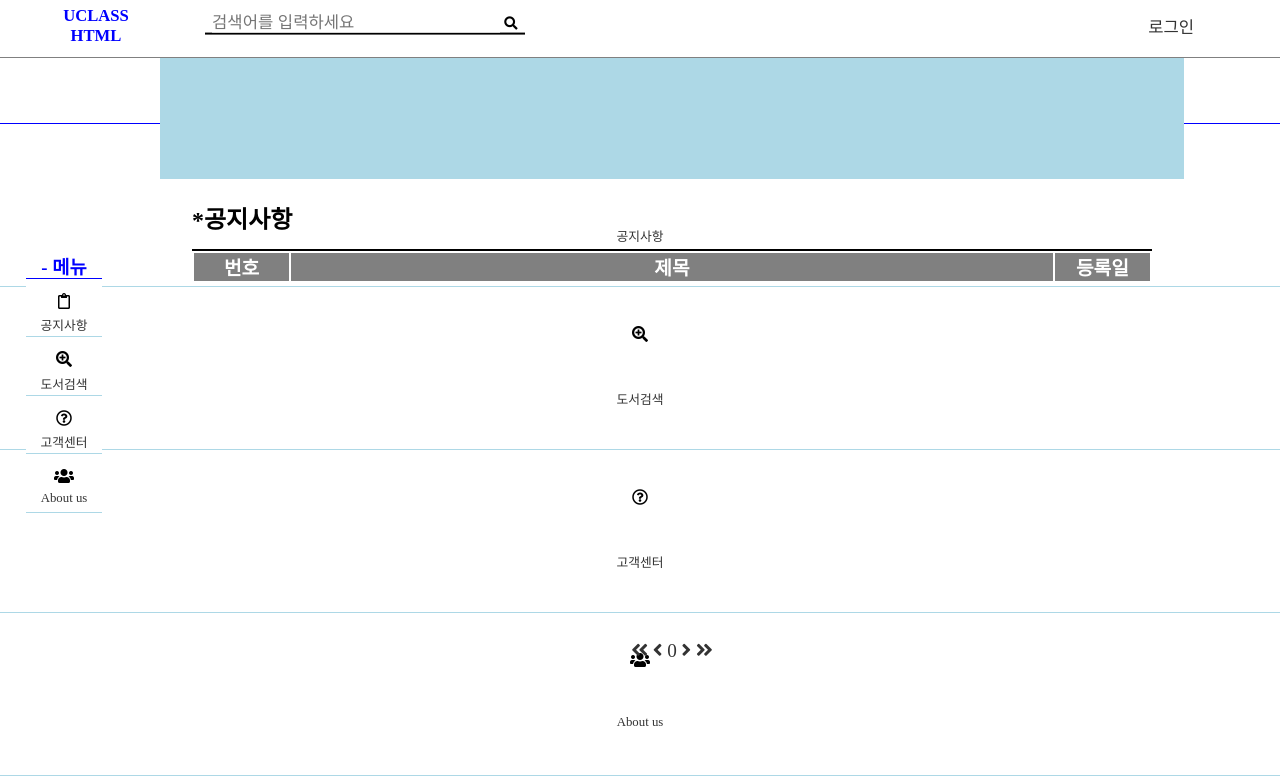
Repository: madhandz5/MyJavaPractice
Page: http://localhost/servletBM/WEB-INF/views/board/boardList.jsp
These files come from the project's save history. The page is drawn as it stood at one moment and after the next save; the edit follows.
The browser window is 1280 px wide. The pictures show the whole page.
The page is served by Tomcat 9. Nobody is signed in. Other server files are loaded and not shown. The template is opened directly, without the code that normally fills it, so the values that code supplies are empty.

Above is the page before, as saved 2020-04-22 11:05:51.

### JS_HTML/servletBM/WebContent/WEB-INF/views/board/boardList.jsp
<%@ page language="java" contentType="text/html; charset=UTF-8"
	pageEncoding="UTF-8"%>
<%@ taglib prefix="c" uri="http://java.sun.com/jsp/jstl/core"%>

<!DOCTYPE html>
<html>
<head>
<meta charset="UTF-8">
<title>Insert title here</title>
<meta charset="UTF-8">
<link rel="stylesheet" href="resources/css/common.css" />
<link rel="stylesheet" href="resources/css/icon/all.css" />
<link rel="stylesheet" media="screen and (min-width: 1100px)"
	href="resources/css/Web.css" />
<title>Document</title>
<%@ include file="../include/header.jsp"%>
</head>
<body>
	<%@include file="../include/top.jsp"%>
	<%@include file="../include/floatDiv.jsp"%>
	<div class="content">
		<div class="topWrapper">
			<div class="top">
				<div class="topLogo">
					<b>UCLASS <br>HTML
					</b>
				</div>
				<div class="topSearchBar">
					<input Type="text" placeholder="검색어를 입력하세요">
					<button value="" class="">
						<i class="fas fa-search" style="color: black"></i>
					</button>
				</div>
				<div class="topLogin">
					<a href="login.html">로그인</a>
				</div>
			</div>
		</div>
		<div class="floatdiv">
			<!-- lnb -->
			<h3 class="subject">
				<span> - 메뉴</span>
			</h3>
			<ul class="fdlist">
				<!-- d1 -->
				<li class="d1"><i class="far fa-clipboard"></i> <a href="#!"><span>공지사항</span></a>
				</li>
				<li class="d1"><i class="fas fa-search-plus"></i> <a href="#!"><span>도서검색</span></a>
				</li>
				<li class="d1"><i class="far fa-question-circle"></i> <a
					href="#!"><span>고객센터</span></a></li>
				<li class="d1"><i class="fas fa-users"></i> <a href="#!"><span>About
							us</span></a></li>
			</ul>
			<!-- // d1 -->
		</div>
		<div class="Menu">
			<div class="MenuBox"></div>
		</div>
		<div class="notice">
			<h2>
				<span>*공지사항</span>
			</h2>

		</div>
		<div class="search-box">
			<table class="noticelist">
				<caption></caption>
				<thead>
					<tr>
						<th style="width: 10%; height: 20%;"><span>번호</span></th>
						<th style="width: 80%;"><span>제목</span></th>
						<th style="width: 10%;"><span>등록일</span></th>
					</tr>
				</thead>
				<tbody>
					<c:forEach items="${data.nData }" var="notice">
						<tr>
							<td class="num"><strong class="warning">${notice.noticeNo }</strong></td>
							<td class="subject"><a
								href="/servletBM/notice/noticedetail.do?noticeNo=${notice.noticeNo }">${notice.noticeTitle }
							</a></td>
							<td class="date">${notice.noticeDate }</td>
						</tr>
					</c:forEach>
				</tbody>
			</table>
			<div class="paging">
				<!-- section pagination -->
				<a href="/servletBM/notice/noticelist.do" class="nav first"><i
					class="fas fa-angle-double-left"></i></a> <a
					href="/servletBM/notice/noticelist.do?cPage=${data.paging.blockStart-1 }"
					class="nav prev"><i class="fas fa-angle-left"></i></a>
				<c:forEach begin="${data.paging.blockStart }"
					end="${data.paging.blockEnd }" var="page">
					<a href="/servletBM/notice/noticelist.do?cPage=${page}"
						class="num active"><span>${page }</span></a>

				</c:forEach>

				<a
					href="/servletBM/notice/noticelist.do?cPage=${data.paging.blockEnd+1 }"
					class="nav next"><i class="fas fa-angle-right"></i></a> <a
					href="/servletBM/notice/noticelist.do?cPage=${data.paging.lastPage }"
					"
					class="nav last"><i class="fas fa-angle-double-right"></i></a>
			</div>
			<!-- // section pagination -->

		</div>

	</div>
</body>
</html>

### JS_HTML/servletBM/WebContent/WEB-INF/views/include/header.jsp
<%@ page language="java" contentType="text/html; charset=UTF-8"
	pageEncoding="UTF-8"%>
<%@ taglib prefix="c" uri="http://java.sun.com/jsp/jstl/core"%>

<!DOCTYPE html PUBLIC "-//W3C//DTD HTML 4.01 Transitional//EN" "http://www.w3.org/TR/html4/loose.dtd">
<html>
<head>
<meta charset="UTF-8">
<!--viewport: 모바일브라우저에서 사용하는 가상의 window
  	데스크탑의 사이트를 모바일에 표시하려고 하면 좁은 모바일 화면에 사이트를 표시하려다 보니
  	요소들의 크기가 작아져 사용자가 사용하기 불편해진다. 확대해서 보든가 해야함...
  	이때 viewport메타태그를 이용하면 너비나 배율을 조정할 수 있다.
  	width: 넓이
  	initial-scale : 배율
  	웹환경에서는 무시되는 태그이다.
    -->
<meta name="viewport" content="width=device-width, initial-scale=2.0">
<link rel="stylesheet" href="/servletBM/resources/css/common.css" />
<!--
		orientation:portrait //단말기 세로방향
		orientation:landscape //단말기 가로방향

		min-aspect-ratio : 최소 화면 비율
		max-aspect-ratio : 최대 화면 비율

		브라우저화면상에서는 깨져서 나옴 ㅠㅠ 하지마셈
	 -->
<link rel="stylesheet" media="screen and (min-aspect-ratio:4/3) "
	href="/servletBM/resources/css/web.css" />
<link rel="stylesheet" media="screen and (max-aspect-ratio:4/3)"
	href="/servletBM/resources/css/Mob.css" />
<link rel="stylesheet" href="/servletBM/resources/css/icon/all.css" />

### JS_HTML/servletBM/WebContent/WEB-INF/views/include/top.jsp
<%@ page language="java" contentType="text/html; charset=UTF-8"
	pageEncoding="UTF-8"%>
<%@ taglib prefix="c" uri="http://java.sun.com/jsp/jstl/core"%>

<!DOCTYPE html PUBLIC "-//W3C//DTD HTML 4.01 Transitional//EN" "http://www.w3.org/TR/html4/loose.dtd">
<html>
<head>
<meta http-equiv="Content-Type" content="text/html; charset=UTF-8">
<title>Insert title here</title>
</head>
<body>
	<header class="topWrapper">
	<div class="top">
		<div class="topLogo">
			<b>UCLASS <br>HTML
			</b>
		</div>

		<div class="topSearchBar">
			<form action="<%=request.getContextPath()%>/book/booksearch.do">
				<input Type="text" name="searchBook" placeholder="검색어를 입력하세요">
				<button value="" class="">
					<i class="fas fa-search" style="color: black"></i>
				</button>
			</form>
		</div>

		<c:if test="${sessionScope.loginInfo == null }">
			<div class="topLogin">
				<a href="/servletBM/member/login.do">로그인</a> / <a
					href="/servletBM/member/join.do">회원가입</a>
			</div>
		</c:if>
		<c:if test="${sessionScope.loginInfo != null }">
			<div class="topLogin">
				<a href="/servletBM/mypage/mypage.do">${sessionScope.loginInfo.m_id }님
					환영합니다. MyPage</a> / <a href="/servletBM/member/logoutimple.do">Logout</a>
			</div>
		</c:if>
	</div>
	</header>
</body>
</html>

### JS_HTML/servletBM/WebContent/WEB-INF/views/include/floatDiv.jsp
<%@ page language="java" contentType="text/html; charset=UTF-8"
	pageEncoding="UTF-8"%>
<%@ taglib prefix="c" uri="http://java.sun.com/jsp/jstl/core"%>

<!DOCTYPE html PUBLIC "-//W3C//DTD HTML 4.01 Transitional//EN" "http://www.w3.org/TR/html4/loose.dtd">
<html>
<head>
<meta http-equiv="Content-Type" content="text/html; charset=UTF-8">
<title>Insert title here</title>
</head>
<body>
	<aside class="floatdivWrapper">
	<div class="floatdiv">
		<!-- lnb -->
		<h3 class="subject">
			<span> - 메뉴</span>
		</h3>
		<ul class="fdlist">
			<!-- d1 -->
			<li class="d1"><i class="far fa-clipboard"></i> <a
				href="/servletBM/notice/noticewrite.do"><span>공지사항</span></a></li>
			<li class="d1"><i class="fas fa-search-plus"></i> <a href="#!"><span>도서검색</span></a>
			</li>
			<li class="d1"><i class="far fa-question-circle"></i> <a
				href="#!"><span>고객센터</span></a></li>
			<li class="d1"><i class="fas fa-users"></i> <a href="#!"><span>About
						us</span></a></li>
		</ul>
		<!-- // d1 -->
	</div>
	</aside>

### JS_HTML/servletBM/WebContent/resources/css/common.css
	html,body{
		margin:0%;
		padding:0;
		height:100%;
	}

	h1, h2, h3, h4, h5, h6, dl, dt, dd, ul, li, ol, th, td, p, blockquote,form,fieldset, legend, input
	{
   		margin: 0;
    	padding: 0;
		border:none;
	}


	/* reset */
	body,div,dl,dt,dd,ul,ol,li,h1,h2,h3,h4,h5,h6,pre,code,form,fieldset
	,legend,textarea,p,blockquote,th,td,input,select,textarea,button,nav,section,footer,aside
	{margin:0;padding:0; position:relative;}
	fieldset,img {border:0 none}
	dl,ul,ol,menu,li {list-style:none}
	blockquote, q {quotes: none}
	blockquote:before, blockquote:after,q:before, q:after {content:'';content:none}
	input,select,textarea,button {vertical-align:middle}
	button {border:0 none;background-color:transparent;cursor:pointer; outline: 0; }
	a {color:#333;text-decoration:none;}
	a:active, a:hover {text-decoration:none;}
	address,caption,cite,code,dfn,em,var {font-style:normal;font-weight:normal}

	form{width:100%; height:100%;}

	div{
		color: black;
		text-align: center;
		box-sizing: border-box;
	/* 	box-shadow:
			1px 0 0 0 grey,
			0 1px 0 0 grey,
			1px 1px 0 0 grey,
			1px 0 0 0 grey inset,
			0 1px 0 0 grey inset;	  */
	}

	.topWrapper{
		top:0%;
		height:8%;
		width:100%;
		position:fixed;
		z-index:999;
	}

	.top{
		position:absolute;
		top:0%;
		width:100%;
		height: 100%;
		overflow: hidden;
		z-index:1;
		background-color: white;
		font-size:1.3vw;
		margin-right: 1%;
		border-bottom:1px solid grey;
	}

	.top .topLogo{
		top:10%;
		width: 15%;
		height:100%;
		float:left;
		color:blue;
	}

	.top .topSearchBar{
		width: 25%;
		float:left;
		transform: translateY(50%);
		margin-left:1%;
		border-bottom:2px solid;
		min-width:100px;
	}

	.topSearchBar input[type=text]{
		width: 90%;
		height:90%;
		font-size:1.3vw;
	}

	.top .topLogin{
		float: right;
		width: 15%;
		height:50%;
		margin-right:1%;
		transform: translateY(50%);
	}

	.top .topLogOut{
		float: right;
		width: 22%;
		height:50%;
		margin-right:1%;
		transform: translateY(50%);
	}

### JS_HTML/servletBM/WebContent/resources/css/web.css
	.content{
		height:100%;
		width:100%;
	}

	.floatdivWrapper{
		position:fixed;
		width:6%;
		padding-top:20%;
		left:2%; /* 창에서 오른쪽 길이 */
		top:35%; /* 창에서 위에서 부터의 길이 */
		z-index:999;

	}

	.floatdiv{
		position:absolute;
		width:100%;
		height:100%;
		background-color:white;
		top:0%;
	}

	.floatdiv h3{
		width:100%;
		height:10%;
		color:blue;
		border-bottom:1px solid blue;
	}

	.floatdiv ul{
		width:100%;
		height:90%;
		padding:0%;
	}

	.floatdiv .d1{
		width:100%;
		height:25%;
		border-bottom:1px solid lightblue;
	}

	.d1 i{
		display:block;
		transform:translateY(40%);
		height:60%;
	}

	.d1 a{
		display:block;
		transform:translateY(10%);
		height:30%;
		font-size:1vw;

	}

	.floatdiv li:hover {
		background-color:lightblue;
	}

	.middle{
		width : 100%;
		top:8%;
		padding-top:40%;
		background-image : url('../image/mainBanner.jpg');
		background-repeat: no-repeat;
		background-size: cover;
	}

	.siteTitleWrapper{
		position:absolute;
		width:60%;
		padding-top:25%;
		float:left;
		left: 20%;
		top:20%;
	}

	.sitetitle{
		height:30%;
		font-size : 5vw;
		transform: translateY(100%);
	}

	.siteTitle{
		position:absolute;
		width:100%;
		height:100%;
		background-color: rgba( 255, 255, 255, 0.5);
		float:left;
		top:0%;
	}

	.search{
		width:100%;
		height:12%;
		transform: translateY(300%);
		background-color:white ;
		overflow:hidden;
	}

	.search input[type=text]{
		float:left;
		height:100%;
		width: 70%;
		font-size:1.5vw;
		margin-left:1%;
		padding:0;

	}

	.searchButton{
		float:left;
		width:20%;
		height:100%;
		font-size:1.5vw;
		background-color:red;
		color:white;
	}

	.searchButton p{
		height:50%;
		transform: translateY(50%);
		font-weight: bold;
	}

	.searchIcon{
		float:left;
		width:5%;
		height:50%;
		transform: translateY(40%);
		font-size:2vw;
		outline: 0;
	}

	.searchIcon i{
		height:50%;
	}

	.planShop{
		position:realtive;
		color: white;
		width: 80%;
		padding-bottom:15%;
		margin:0 auto;
	}

	.planShopMenu{
		position:absolute;
		background-color:lightblue;
		width:100%;
		height:100%;
	}

	.planShopMenu div{
		width: 20%;
		margin-left:2%;
		height: 100%;
		display:inline-block;
		font-size:1.5vw;
	}

	.planShopMenu i{
		font-size:8vw;
		margin-top:15%;
	}

	.product{
		height:auto;
		width:80%;
		top:1%;
		margin:0 auto;
	}

	.productWrapper{
		width:100%;
		padding-top:120%;
	}

	.productBox{
		position:absolute;
		height:100%;
		width:100%;
		top: 0;
		left: 0;
	}

	.issueTitle{
		width : 100%;
		height : 4%;
		background-color:blue;
		font-size:2vw;
		font-weight:bold;
		color:white;
	}

	.productLine{
		overflow: hidden;
		height:19%;
		margin-top:1%;
		margin-bottom:1%;
	}
	.productItem{
		float:left;
		width:17%;
		left:10%;
		height:100%;
		margin-left:3%;
	}

	.bookImg{
		height:80%;
		width:100%;
	}

	.bookImg img{
		max-width:100%;
		min-width:100%;
		max-height:100%;
		min-height:100%;
		box-shadow: 2px 2px 5px black;
	}

	.bookTitle{
		margin-top:4%;
		font-size:1vw;
		font-weight:bold;
		height:20%;
	}

	.bottom{
		background-color: lightgrey;
		color: white;
		height:20%;
	}


	/* Login */

	.wrap{

		width:100%;
		height:100%;
		background-image:url('../image/loginCover.jpg');
		background-size:cover;
	}

	.memberBox{

		padding-top:30%;
		width:30%;
		left:35%;
		top:50%;
		transform:translateY(-50%);
	}

	.login{
		position:absolute;
		top:0%;
		width:100%;
		height:100%;
		font-size:2vw;
		background-color:white;
		border:2px white;
		border-radius:20px;
	}

	.loginText{
	    border-bottom: 2px solid lightgreen;
	    width:70%;
	    margin-bottom:5%;
	    font-size:1.5vw;
	}

	.login p{
		font-weight:bold;
		margin-top:10%;
		margin-bottom:5%;

	}

	.login .btn{

		display:block;
		width:60%;
		height:10%;
		background-color:red;
		border:2px red;
		border-radius:6px;
		transform: translateX(33%);
	}

	.login .checkMsg{

		display:block;
		background-color:red;
		font-size:1vw;
		color:white;

	}

	.login button{
		color:white;
		font-size:1.5vw;
		top:0%;
		left:0%;
	}

	/* board  */

	.Menu{

		overflow: hidden;
		color: white;
		width: 100%;
		padding-bottom:10%;
		margin-top:4%;
	}

	.MenuBox{
		position:absolute;
		background-color:lightblue;
		width:80%;
		height:100%;
		left:12.5%;
	}

	.notice{

		text-align: left;
		width:75%;
		height:10%;
		left:15%;
		border-bottom:2px solid;
	}

	.notice h2{

		top:50%;
		transform:translateY(-50%);
		height:40%;
	}

	.search-box{

		width:75%;
		left:15%;
		height:60%;
	}

	.noticelist{
		width:100%;
		height:90%;
	}

	.noticelist th{
		 font-size: 1.5vw;
		 background-color: grey;
		 color:white;
	}

	.noticelist td{
		  border-bottom: 1px solid lightgrey;
	}

	.paging{
		height:10%;
		font-size:1.5vw;
	}

	.notice-detail{

		text-align: left;
		width:75%;
		height:50%;
		left:15%;
	}

	.notice-title{
		width:100%;
		height:15%;

		text-align: left;
		font-size:1.5vw;
		padding:1% 0 1% 0;
		border-bottom:2px solid;
	}

	.info{
		width:100%;
		height:10%;

		float:left;
		text-align: left;
		border-bottom:1px solid;
	}

	.info span{
		width:50%;
		height:50%;

		float:left;
		transform:translateY(50%);
	}

	.more{
		width:50%;
		height:10%;

		float:right;
		text-align: right;
	}

	.text{
		text-align: left;
		height:65%;
		width:100%;
		margin-top:5%;
		border-bottom:1px solid;
	}

	.section-button{
		margin-top:1%;
		width:7%;
		height:10%;
		float:right;
		background-color:black;
	}

	.section-button a{
		display:block;
		width:100%;
		height:50%;
		transform:translateY(50%);
		font-size:1vw;
		font-weight:border;
		color:white;
	}

	.bookUse{
		overflow:hidden;
		width:90%;
		left:3%;
		transform:translateY(-600%);
		position:absolute;
		display:none;
	}

	.bookUse div{
		float:left;
		width:50%;
	}

	.bookUse div a{
		font-size:1.5vw;
		color:white;
	    font-weight: bolder;
	    background-color:black;
	}

	.bdWrapper{
		overflow:hidden;
		width:70%;
		left:30%;
	}


	.bookimg{
		float:left;
		width:30%;
	}

	.bookinfo{
		float:left;
		width:70%;
	}

### JS_HTML/servletBM/WebContent/resources/css/Mob.css
	.content{
		height:100%;
		width:100%;
	}

	.floatdiv{
		position:fixed;
		display:none;
		width:6%;
		height:40%;
		left:2%; /* 창에서 오른쪽 길이 */
		top:45%; /* 창에서 위에서 부터의 길이 */
		background-color:green;
	}

	.middle{
		background-color: lightgrey;
		color: white;
		width : 100%;
		padding-top:40%;
		background-image : url('../image/loginCover.jpg');
		background-repeat: no-repeat;
		background-size: cover;
	}

	.siteTitleWrapper{
		position:absolute;
		width:60%;
		padding-top:25%;
		float:left;
		left: 20%;
		top:20%;
	}


	.sitetitle{
		height:30%;
		font-size : 5vw;
		transform: translateY(100%);
	}

	.siteTitle{
		position:absolute;
		width:100%;
		height:100%;
		background-color: rgba( 255, 255, 255, 0.5);
		float:left;
		top:0%;
	}

	.search{
		width:100%;
		height:12%;
		transform: translateY(300%);
		background-color:white ;
		border-bottom:2px solid;

	}

	.search input[type=text]{
		height:100%;
		width: 70%;
		font-size:1.5vw;
		margin-left:1%;
		padding:0;
		float:left;
	}

	.searchButton{
		width:20%;
		height:100%;
		font-size:1.5vw;
		background-color:red;
		color:white;
		float:left;
		overflow:hidden;
	}

	.searchButton p{
		height:50%;
		transform: translateY(50%);
		font-weight: bold;
	}

	.searchIcon{
		float:left;
		width:5%;
		height:50%;
		transform: translateY(40%);
		font-size:2vw;
		outline: 0;
	}

	.searchIcon i{
		height:50%;
	}

	.planShop{
		overflow: hidden;
		color: white;
		width: 80%;
		padding-bottom:15%;
		margin:0 auto;
		transform: translateY(-20%);
	}

	.planShopMenu{
		position:absolute;
		background-color:lightblue;
		width:100%;
		height:100%;
	}

	.planShopMenu div{
		width: 20%;
		margin-left:2%;
		height: 100%;
		display:inline-block;
		overflow:hidden;
		font-size:1.5vw;
	}

	.planShopMenu i{
		font-size:8vw;
		margin-top:15%;
	}


	.product{
		height:auto;
		width:80%;
		margin:0 auto;
	}

	.productWrapper{
		width:100%;
		padding-top:430%;
	}

	.productBox{
		position:absolute;
		height:100%;
		width:100%;
		top: 0;
		left: 0;
	}

	.issueTitle{
		width : 100%;
		margin-top:1%;
		height : 1%;
		background-color:blue;
		font-size:2vw;
		font-weight:bold;
		color:white;
	}

	.productLine{
		overflow: hidden;
		height:23%;
		margin-top:1%;
		margin-bottom:1%;
	}

	.productItem{
		float:left;
		width:38%;
		left:9%;
		height:50%;
		margin-left:2%;
	}

	.bookImg{
		height:80%;
		width:100%;
	}

	.bookImg img{
		max-width:100%;
		min-width:100%;
		max-height:100%;
		min-height:100%;
		box-shadow: 2px 2px 5px black;
	}

	.bookTitle{
		margin-top:4%;
		font-size:1vw;
		font-weight:bold;
		height:20%;
	}

	.bottom{
		background-color: lightgrey;
		color: white;
		height:20%;
	}

	.bookUse{
		overflow:hidden;
		width:90%;
		left:3%;
		transform:translateY(-600%);
		position:absolute;
		display:none;
	}

	.bookUse div{
		float:left;
		width:50%;
	}

	.bookUse div a{
		font-size:1.5vw;
		color:white;
	    font-weight: bolder;
	    background-color:black;
	}

	.bdWrapper{
		overflow:hidden;
		width:70%;
		left:30%;
	}


	.bookimg{
		float:left;
		width:30%;
	}

	.bookinfo{
		float:left;
		width:70%;
	}

Loaded but not shown: JS_HTML/servletBM/WebContent/resources/css/icon/all.css (library)

After the next save:
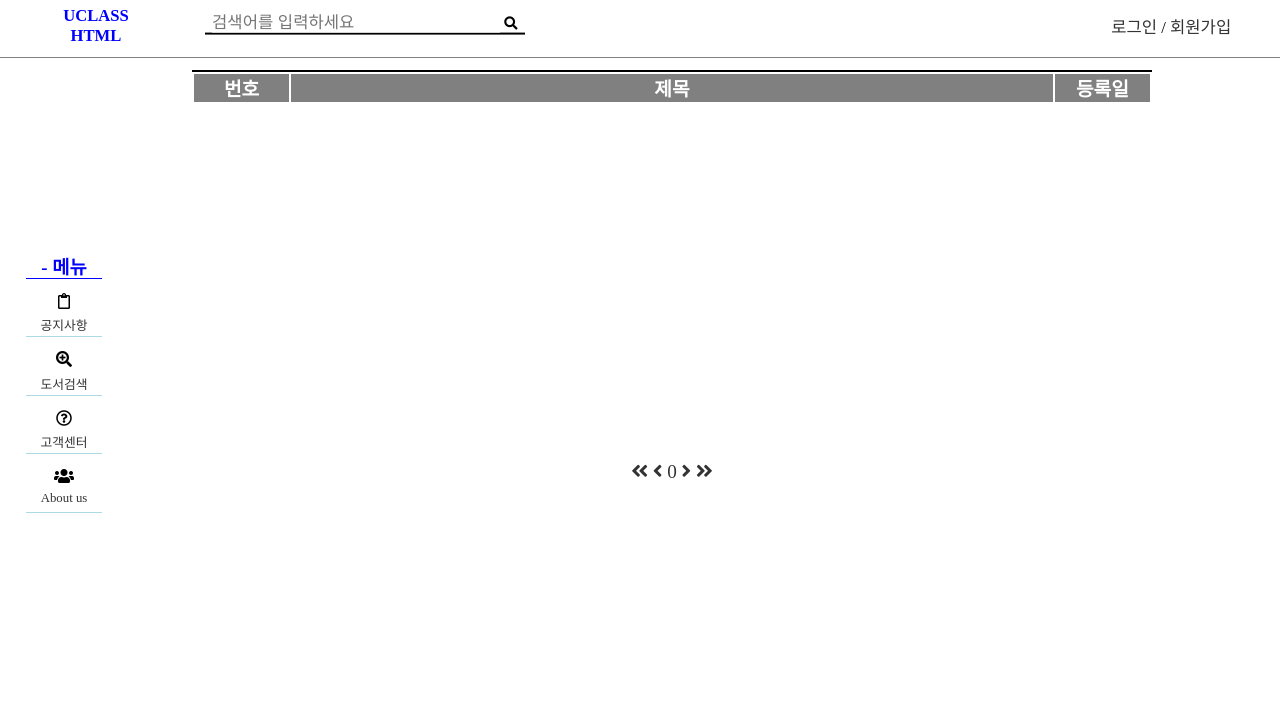
Saved 75 s later.
--- a/JS_HTML/servletBM/WebContent/WEB-INF/views/board/boardList.jsp
+++ b/JS_HTML/servletBM/WebContent/WEB-INF/views/board/boardList.jsp
@@ -19,44 +19,6 @@
 	<%@include file="../include/top.jsp"%>
 	<%@include file="../include/floatDiv.jsp"%>
 	<div class="content">
-		<div class="topWrapper">
-			<div class="top">
-				<div class="topLogo">
-					<b>UCLASS <br>HTML
-					</b>
-				</div>
-				<div class="topSearchBar">
-					<input Type="text" placeholder="검색어를 입력하세요">
-					<button value="" class="">
-						<i class="fas fa-search" style="color: black"></i>
-					</button>
-				</div>
-				<div class="topLogin">
-					<a href="login.html">로그인</a>
-				</div>
-			</div>
-		</div>
-		<div class="floatdiv">
-			<!-- lnb -->
-			<h3 class="subject">
-				<span> - 메뉴</span>
-			</h3>
-			<ul class="fdlist">
-				<!-- d1 -->
-				<li class="d1"><i class="far fa-clipboard"></i> <a href="#!"><span>공지사항</span></a>
-				</li>
-				<li class="d1"><i class="fas fa-search-plus"></i> <a href="#!"><span>도서검색</span></a>
-				</li>
-				<li class="d1"><i class="far fa-question-circle"></i> <a
-					href="#!"><span>고객센터</span></a></li>
-				<li class="d1"><i class="fas fa-users"></i> <a href="#!"><span>About
-							us</span></a></li>
-			</ul>
-			<!-- // d1 -->
-		</div>
-		<div class="Menu">
-			<div class="MenuBox"></div>
-		</div>
 		<div class="notice">
 			<h2>
 				<span>*공지사항</span>
